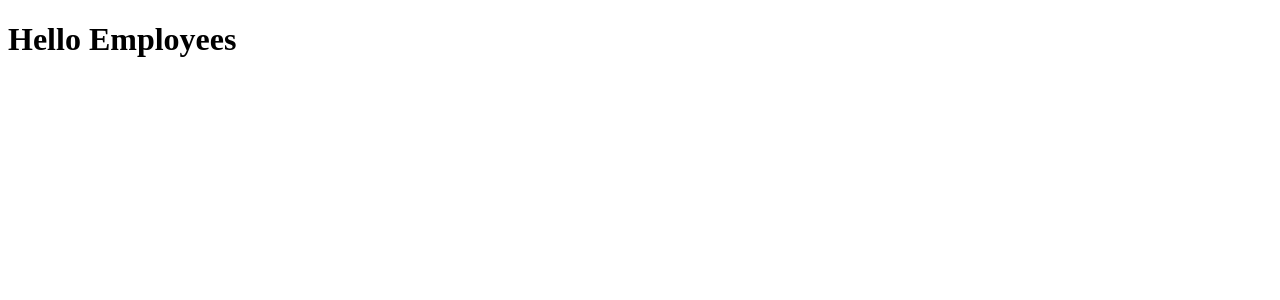
Repository: SaumyaGuptaTechnokrat/Employee_management
Page: http://localhost/Employee/EmployeeList.jsp
An editor plug-in stored every save of this project. The page is shown before and after the next save, followed by the edit.
The browser window is 1280 px wide. The pictures show the whole page.
The page is served by Tomcat 9. Other server files are loaded and not shown.

Above is the page before, as saved 2023-02-11 10:49:00.

### Employee/src/main/webapp/EmployeeList.jsp
<%@ page language="java" contentType="text/html; charset=ISO-8859-1"
    pageEncoding="ISO-8859-1"%>
<!DOCTYPE html>
<html>
<head>
<meta charset="ISO-8859-1">
<title>Insert title here</title>
</head>
<body>
<h1>Hello Employees</h1>
</body>
</html>

After the next save:
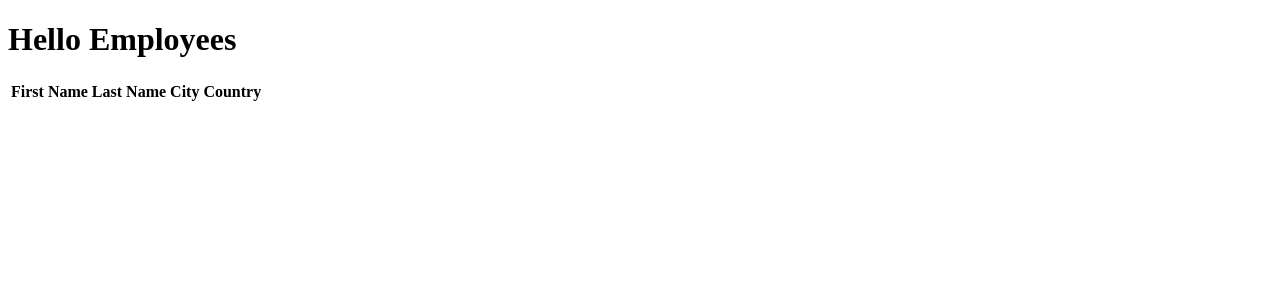
Saved 9 min 41 s later.
--- a/Employee/src/main/webapp/EmployeeList.jsp
+++ b/Employee/src/main/webapp/EmployeeList.jsp
@@ -8,5 +8,15 @@
 </head>
 <body>
 <h1>Hello Employees</h1>
+<table>
+
+	<tr>
+		<th>First Name</th>
+		<th>Last Name</th>
+		<th>City</th>
+		<th>Country</th>
+	</tr>
+
+</table>
 </body>
 </html>
